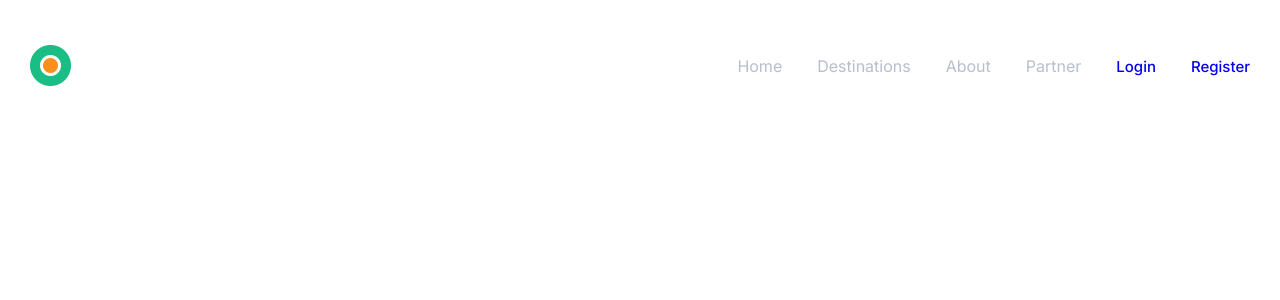
Repository: long5122000/sunny
Page: index.html
The author's editor kept a copy of each file at every save. The page is drawn from the files as they stood at one save, then again after the next save.
The browser window is 1280 px wide. The pictures show the whole page.
The style sheet was rebuilt from its Sass, Less or Tailwind sources for each picture, by a compiler version that may differ from the author's.

Above is the page before, as saved 2021-11-24 19:40:56.

After the next save:
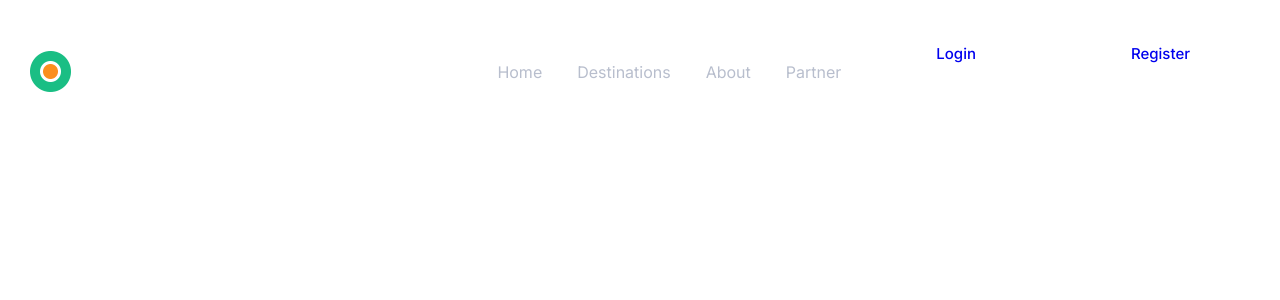
Saved 2 min 24 s later.
--- a/sass/_global.scss
+++ b/sass/_global.scss
@@ -16,4 +16,7 @@ ul {
   font-weight: 500;
   font-family: $primary-font;
   line-height: 1;
+  height: 52px;
+  padding: 0 60px;
+  border-radius: 8px;
 }
